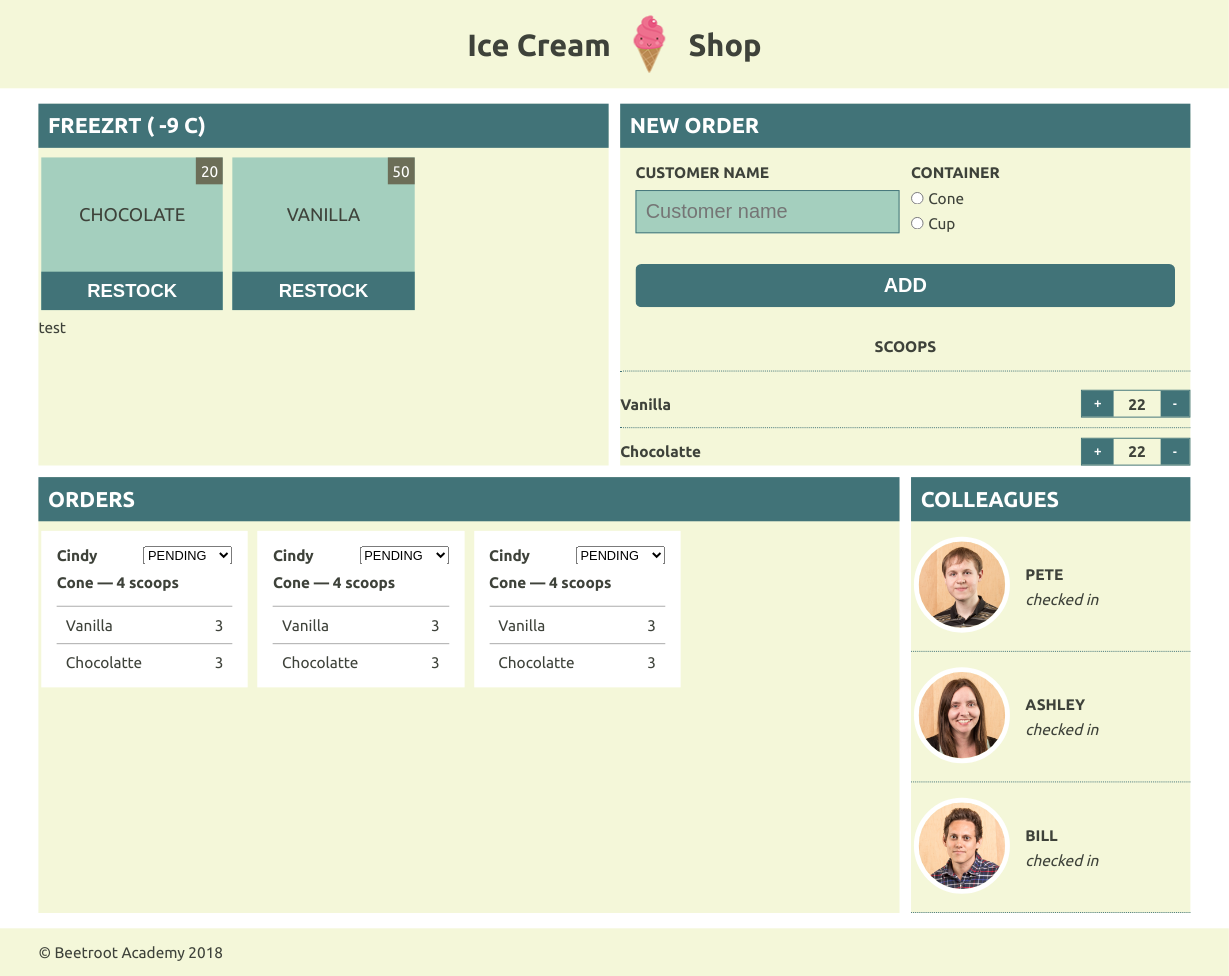
Repository: AlSemyon/Ice_Cream_Shop
Page: /
An editor plug-in stored every save of this project. The page is shown before and after the next save, followed by the edit.
The browser window is 1280 px wide. The pictures show the whole page, at 96% of full size.
The project was rebuilt for these pictures with package versions that can differ from the ones it lists, and the page was loaded fresh each time.

Above is the page before, as saved 2019-01-06 11:21:29.

After the next save:
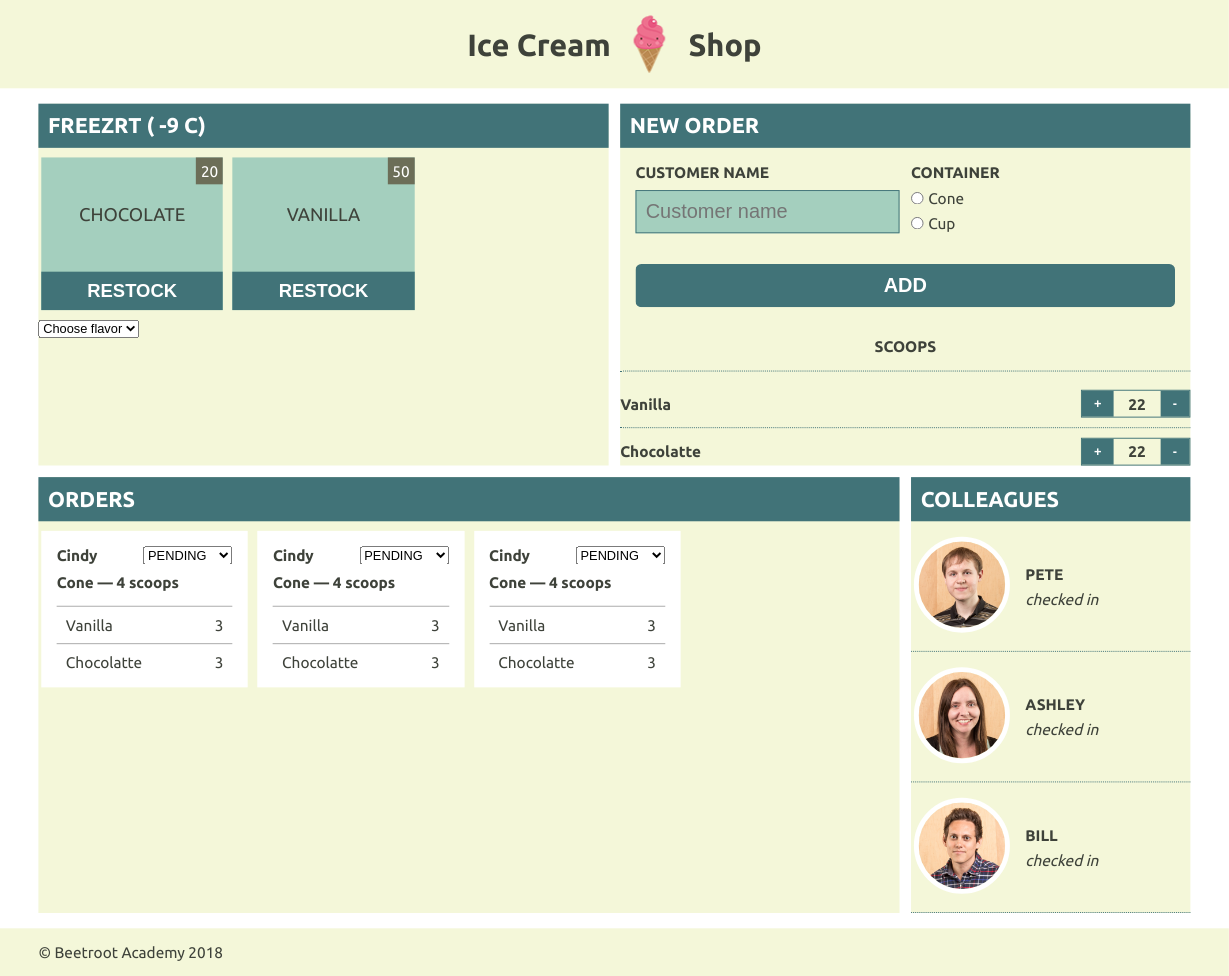
Saved 104 s later.
--- a/src/components/freezer/AddProductToFreezer.js
+++ b/src/components/freezer/AddProductToFreezer.js
@@ -11,9 +11,15 @@ class AddProductToFreezer extends Component {
 
     render() {
         return (
-            <div>
-                test
-            </div>
+            <form>
+                <div>
+                    <select name="flavor"
+                            className=""
+                    >
+                        <option value="">Choose flavor</option>
+                    </select>
+                </div>
+            </form>
         )
     }
 }
